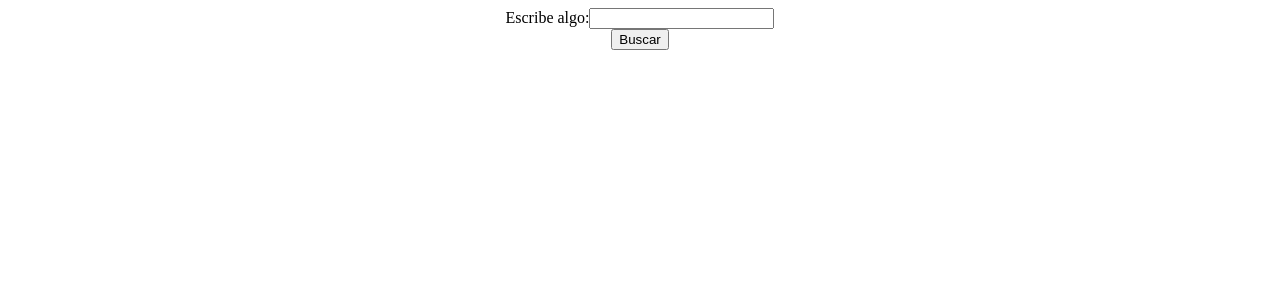
Repository: conmarred/wsSpring
Page: http://localhost/02_buscador_spring/
The author's editor kept a copy of each file at every save. The page is drawn from the files as they stood at one save, then again after the next save.
The browser window is 1280 px wide. The pictures show the whole page.
The page is served by Tomcat 9. Other server files are loaded and not shown.

Above is the page before, as saved 2022-04-18 10:58:53.

### 02_buscador_spring/src/main/webapp/datos.jsp
<!DOCTYPE html>
<html>
<head>
<meta charset="ISO-8859-1">
<title>Insert title here</title>
</head>
<body>
	<center>
		<form action="Buscador">
			Escribe algo:<input type="text" name="tematica"><br>
			<input type="submit" value="Buscar">
			<a href="datos.html>Agregar </a>

		</form>

	</center>
</body>
</html>

After the next save:
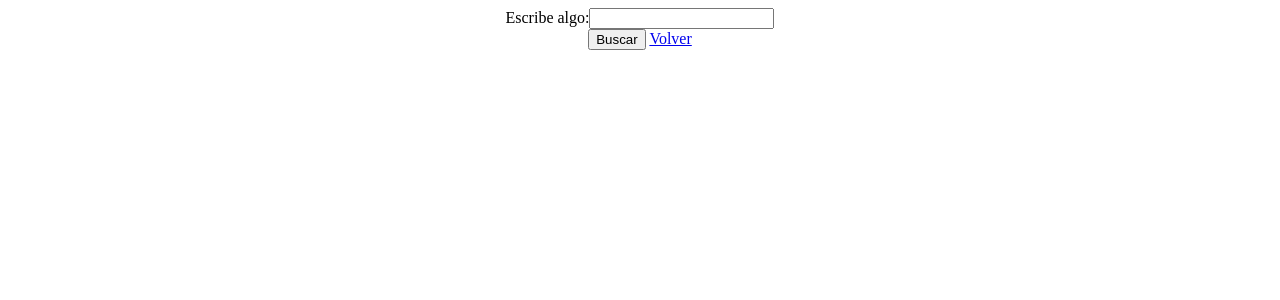
Saved 13 s later.
--- a/02_buscador_spring/src/main/webapp/datos.jsp
+++ b/02_buscador_spring/src/main/webapp/datos.jsp
@@ -9,7 +9,7 @@
 		<form action="Buscador">
 			Escribe algo:<input type="text" name="tematica"><br>
 			<input type="submit" value="Buscar">
-			<a href="datos.html>Agregar </a>
+			<a href="addPagina.jsp">Volver</a>
 
 		</form>
 
